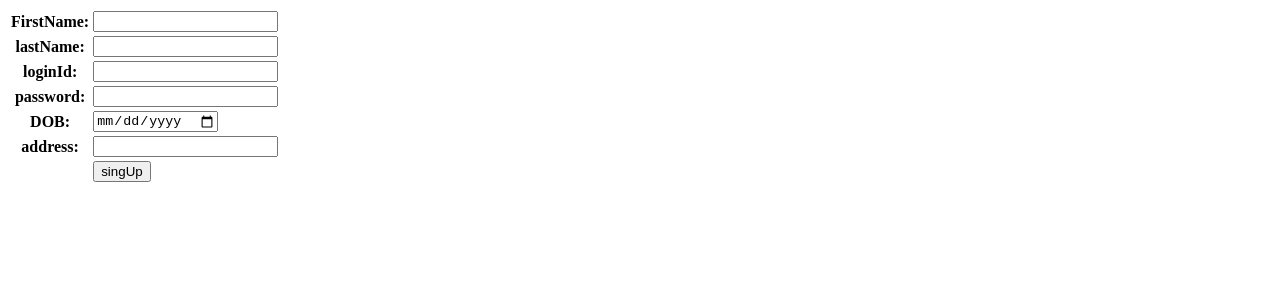
Repository: vikash9562/AdvanceJava
Page: http://localhost/DynamicProject/UserRegistration.jsp
These files come from the project's save history. The page is drawn as it stood at one moment and after a run of saves; the edit follows.
The browser window is 1280 px wide. The pictures show the whole page.
The page is served by Tomcat 9. Other server files are loaded and not shown.

Above is the page before, as saved 2023-08-14 08:56:31.

### advance java/DynamicProject/WebContent/UserRegistration.jsp
<%@ page language="java" contentType="text/html; charset=ISO-8859-1"
    pageEncoding="ISO-8859-1"%>
<!DOCTYPE html>
<html>
<head>
<meta charset="ISO-8859-1">
<title>Insert title here</title>
</head>
<body>
		<form action="Welcome.jsp">
					<table>
							<tr>
								<th> FirstName:</th>
								<td><Input type="text"name="FirstName"></td>
							</tr>

							<tr>
								<th> lastName:</th>
								<td><Input type="text"name="lastName"></td>
							</tr>

							<tr>
								<th> loginId:</th>
								<td><Input type="text"name="loginId"></td>
							</tr>

							<tr>
								<th> password:</th>
								<td><Input type="text"name="password"></td>
							</tr>

							<tr>
								<th> DOB:</th>
								<td><Input type="date"name="dob"></td>
							</tr>

							<tr>
								<th> address:</th>
								<td><Input type="text"name="address"></td>
							</tr>
							<tr>
								<th></th>
								<td><Input type="submit"value="singUp"></td>
							</tr>

					</table>
		</form>
</body>
</html>

After the next 3 saves:
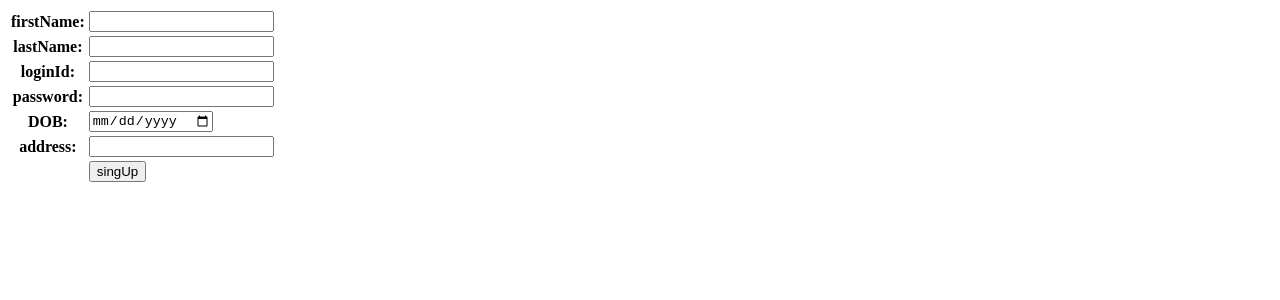
The 3 saves are shown as one change because 2 did not build or start.
The last was saved 36 min 37 s later.
--- a/advance java/DynamicProject/WebContent/UserRegistration.jsp
+++ b/advance java/DynamicProject/WebContent/UserRegistration.jsp
@@ -10,8 +10,8 @@
 		<form action="Welcome.jsp">
 					<table>
 							<tr>
-								<th> FirstName:</th>
-								<td><Input type="text"name="FirstName"></td>
+								<th> firstName:</th>
+								<td><Input type="text"name="firstName"></td>
 							</tr>
 
 							<tr>
